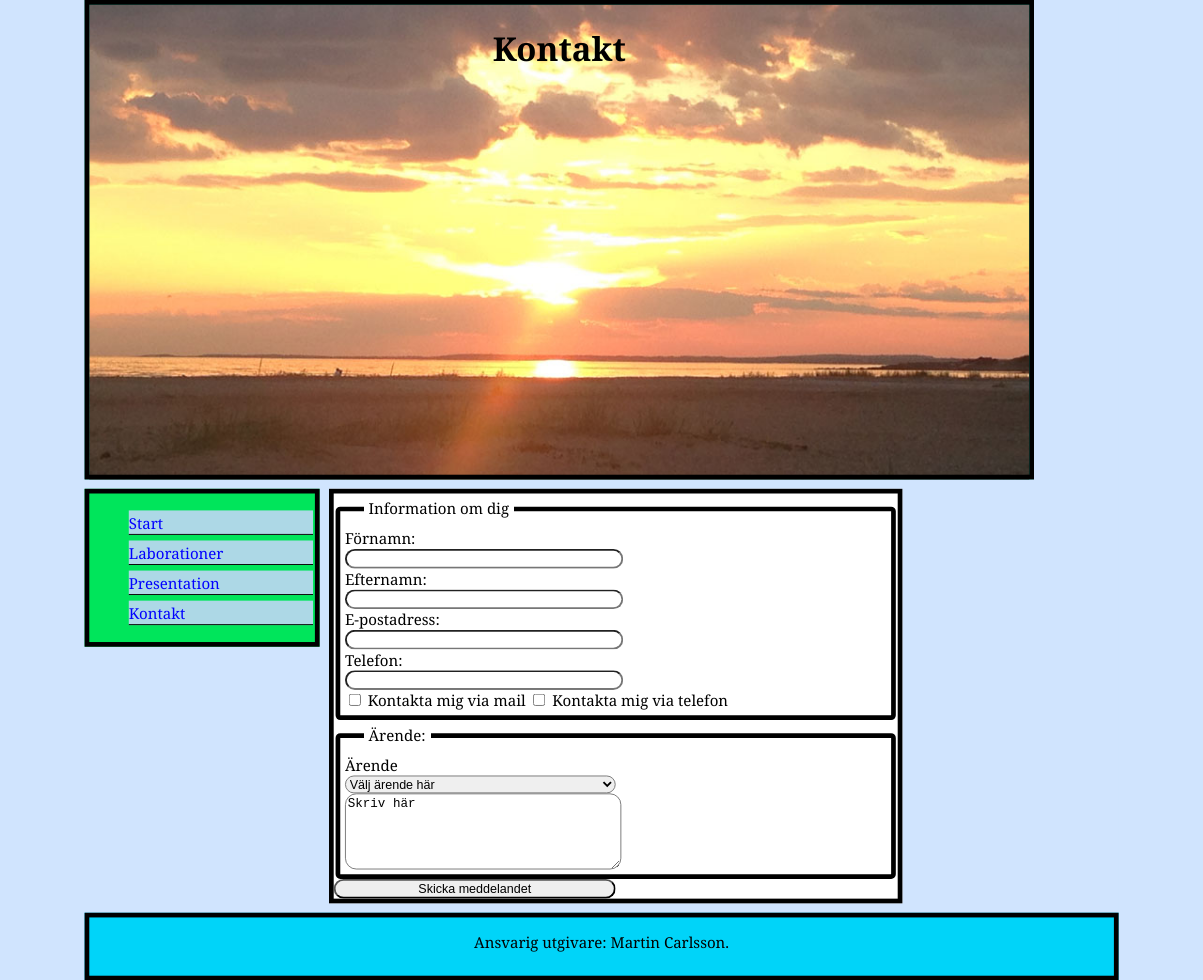
Repository: Martin-Carlsson85/HTML-och-CSS
Page: pages/kontakt.html
The author's editor kept a record of every edit. The page is drawn from the files as they stood at one moment, then again after the next edit.
The browser window is 1280 px wide. The pictures show the whole page, at 94% of full size.

Above is the page before.

### pages/kontakt.html
<!doctype html>
<html lang="sv">
    <head>
        <meta charset="utf-8" />

        <title>Kontakt</title>

         <link rel="stylesheet" href="../css/pics/style.css" />

    </head>

    <body>

         <div class="header">

        <h1>Kontakt</h1>

        </div>

         <div class="navigation">

        <ul>
            <li><a href="../index.html" class="active">Start</a></li>

            <li><a href="laborationer.html" class="active">Laborationer</a></li>

            <li><a href="presentation.html" class="active">Presentation</a></li>

            <li><a href="kontakt.html" class="active">Kontakt</a></li>
        </ul>

        <div class="clear"></div>

        </div>

         <div class="content">

        <div class="form">
        <form id="form" name="form" method="post" action="http://voyager.lnu.se/tekinet/kurser/dtt/wp_webbintro/form.php">

            <fieldset>
                <legend>Information om dig</legend>

                Förnamn:
                <input type="text" name="fnamn" id="fnamn" />

                Efternamn:
                <input type="text" name="enamn" id="enamn" />

                E-postadress:
                <input type="text" name="epost" id="epost" />

                Telefon:
                <input type="text" name="telefon" id="telefon" />

                <input type="checkbox" name="kontakt" id="kontakt" value="kontakt"/>
                <label for="kontakt">Kontakta mig via mail</label>

                <input type="checkbox" name="telefon2" id="telefon2" value="telefon2"/>
                <label for="telefon">Kontakta mig via telefon</label>

            </fieldset>


            <fieldset>

                <legend>Ärende:</legend>
                <label for="arende">Ärende</label>

                <select name="arende2" id="arende">
                <option> Välj ärende här </option>
                <option value="var"> Synpunkter </option>
                <option value="var"> Frågor </option>
                </select>

                <textarea name="meddelande" id="meddelande" cols="45" rows="5" >Skriv här</textarea>

            </fieldset>

            <input type="submit" name="skicka" id="skicka" value="Skicka meddelandet" />

        </form>

        </div>

        </div>

        <div class="clear"></div>

         <div class="footer">

         <p>Ansvarig utgivare: Martin Carlsson.</p>

         </div>

    </body>

</html>

### css/pics/style.css
body, html
{
    background-color: #d0e4fe;
    width:1100px;
    margin:auto;
    font-family: "Georgia", "Arial", "sans-serif";

}
.logotype{
    padding: 30px;
    position: absolute;
    top: 700px;

}
.container
{

    width:960px;

}


.clear{
    clear:both;
}

.content{
    background-color: white;
    float: left;
    width: 600px;
    border-style:solid;
    border-width:5px;


}
.liststyle
{

    padding-left:25px;
}

.liststyle_2 ul li
{
    padding: 0px;
    list-style-type: none;
}

.liststyle_3 ul li{

    padding: 0px;
    list-style-type: none;
}

.liststyle_4{

    padding: 0px;
}

.liststyle_5{

    padding: 0px;
}


.vektor{
    float: left;
}

.header{
    background-image: url(bild_halmstad_2.jpg);
    background-repeat: no-repeat;
    background-color: #16a085;
    text-align: center ;
    height: 500px;
    width: 1000px;
    margin: 0px;
    border-width:5px;
    border-style:solid;
    margin-bottom: 10px;

}
.footer{
    text-align: center ;
    height:62px;
    background-color:#00D4F9;
    border-width:5px;
    border-style:solid;
    margin-top:10px;
    clear:both;


}
.navigation{
    background-color: #00E55B;
    float: left;
    width: 240px;
    margin-right: 10px;
    border-width:5px;
    border-style:solid;
}

.navigation ul{
    list-style-type: none;

}

.navigation li {
    padding: 2px;
    margin-top:2px;
}

.navigation li a {
    display: block;
    padding-top: 3px;
    border-bottom:1px solid black;
    padding-right:90px;

}

.navigation li a:hover{
     background:#27ae60;
}

.navigation li a:active{
    background:#27ae60;
}

.active{
    background-color: lightblue;
    padding-right:90px;
}

#home{
    background-image: url('sprite.png');
    margin-bottom:5px;
    background-position: 0px -50px;
    background-repeat: no-repeat;
    display: block;
    padding-left: 25px;

}

#home:hover{
    background-image: url('sprite.png');
    background-position: 0px -2px;
    background-repeat: no-repeat;
    display: block;


}


#lab{
    background-image: url('sprite.png');
    margin-bottom:5px;
    background-position: 0px -145px;
    background-repeat: no-repeat;
    display: block;
    padding-left: 25px;

}

#lab:hover{
    background-image: url('sprite.png');
    background-position: 0px -97px;
    background-repeat: no-repeat;
    display: block;

}

#pres{
    background-image: url('sprite.png');
    margin-bottom:5px;
    background-position: 0px -241px;
    background-repeat: no-repeat;
    display: block;
    padding-left: 25px;

}

#pres:hover{
    background-image: url('sprite.png');
    background-position: 0px -193px;
    background-repeat: no-repeat;
    display: block;

}

#cont{
    background-image: url('sprite.png');
    margin-bottom:5px;
    background-position: 0px -338px;
    background-repeat: no-repeat;
    display: block;
    padding-left: 25px;

}

#cont:hover{
    background-image: url('sprite.png');
    background-position: 0px -290px;
    background-repeat: no-repeat;
    display: block;

}

h1{
    font-size:35px;
    color: black;
    text-align: center;
}

h2{	font-size:25px;}
h3{	font-size:20px;}
h4{	font-size:17px;}
h5{	font-size:14px;}



fieldset {

    border: 5px solid black;
    border-radius: 5px;
    padding: 5px;
}

fieldset legend {
    padding: 5px 5px ;
    font-size: 16px;
    border-radius: 5px;
    margin-left: 20px;
}


#skicka{
    border-radius: 12px;
    color:Black;
    display: block ;
    width:50%;
}

#meddelande{

    border-radius: 12px;
    Color:Black;
    display: block ;
    width:50%;
}
#arende{

    border-radius: 12px;
    Color:Black;
    display: block ;
    width:50%;
}

#arende2{
    border-radius: 12px;
    Color:Black;
    display: block ;
    width:50%;

}
#fnamn{
    border-radius: 12px;
    Color:Black;
    display: block ;
    width:50%;

}
#enamn{
    border-radius: 12px;
    Color:Black;
    display: block ;
    width:50%;

}

#epost{
    border-radius: 12px;
    color:Black;
    display: block ;
    width:50%;

}

#telefon{
    border-radius: 12px;
    Color:Black;
    display: block ;
    width:50%;

}

#telefon2{
    border-radius: 12px;
    Color:Black;
    text-align: left;

}

#kontakt{
    border-radius: 12px;
    Color:Black;
    text-align: left;

}

a:link {
    color: blue;
    text-decoration: none;

}

a:visited{

    color: blue;

}

a:focus{

     text-decoration: none;

}

a:hover {
    text-decoration:none;



}



a:active {

    color:Black;


}





.table{

    text-align: center;
    padding: 10px;
    position: absolute;
    left: 400px;
    top: 0px;

}

.kevin{
    float: right;

}

.text{
   padding: 0px;
}

.video{
    margin: 60px;

}

.printLink{
    display:none;
}

After the next edit:
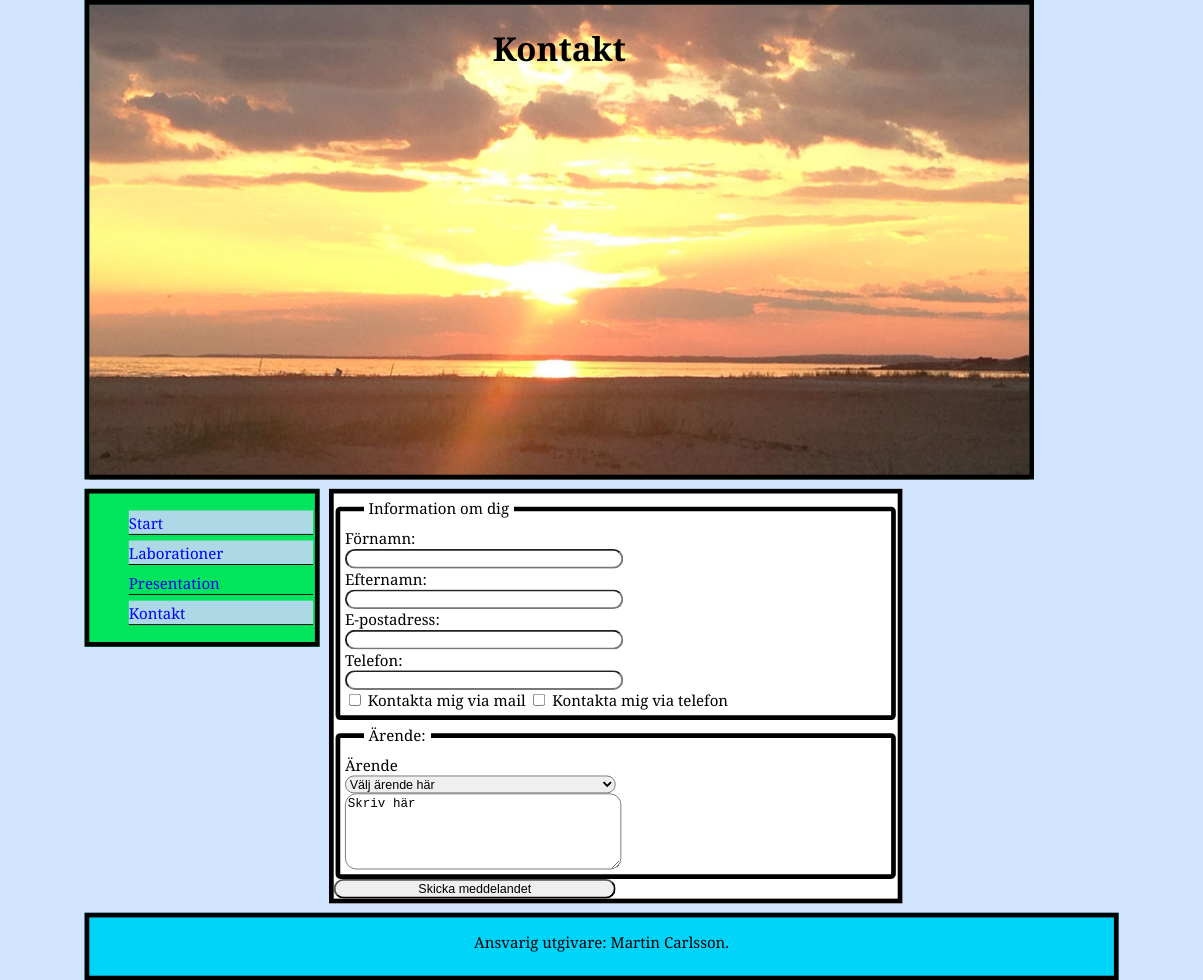
The edit:
--- a/pages/kontakt.html
+++ b/pages/kontakt.html
@@ -24,7 +24,7 @@
 
             <li><a href="laborationer.html" class="active">Laborationer</a></li>
 
-            <li><a href="presentation.html" class="active">Presentation</a></li>
+            <li><a href="presentation.html">Presentation</a></li>
 
             <li><a href="kontakt.html" class="active">Kontakt</a></li>
         </ul>
